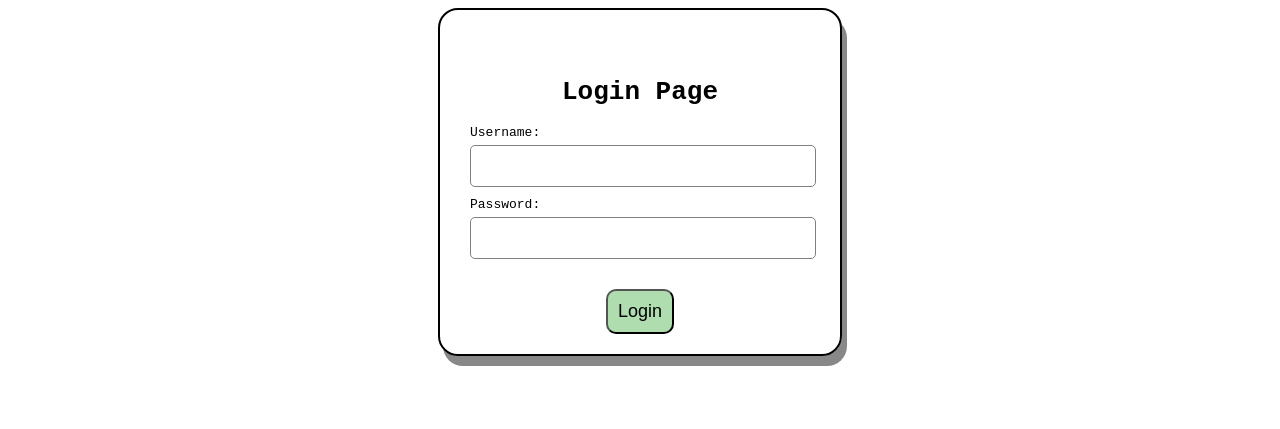
Repository: anjalipatel-dev/web-dev-learning-journey
Page: 03_html_css_ui_pages/login_ui/login.html
The author's editor kept a copy of each file at every save. The page is drawn from the files as they stood at one save, then again after the next save.
The browser window is 1280 px wide. The pictures show the whole page.

Above is the page before, as saved 2025-10-03 20:58:46.

After the next save:
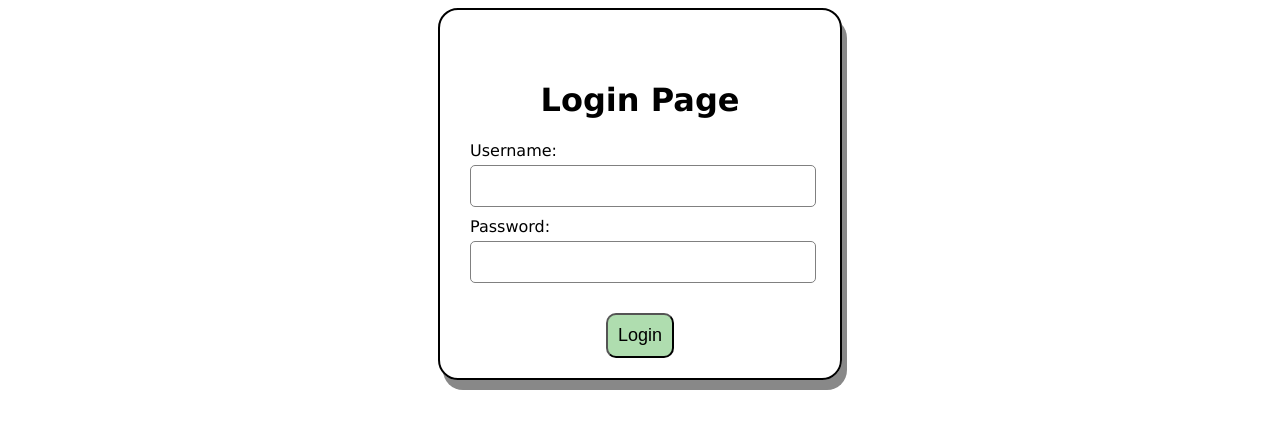
Saved 25 s later.
--- a/03_html_css_ui_pages/login_ui/styles.css
+++ b/03_html_css_ui_pages/login_ui/styles.css
@@ -10,7 +10,7 @@
     text-align: center;
     padding-top: 50px;
     box-shadow: 5px 10px #888888;
-    font-family: monospace;
+    font-family:'Lucida Sans', 'Lucida Sans Regular', 'Lucida Grande', 'Lucida Sans Unicode', Geneva, Verdana, sans-serif
 }
 .input-group{
     margin: 10px;
